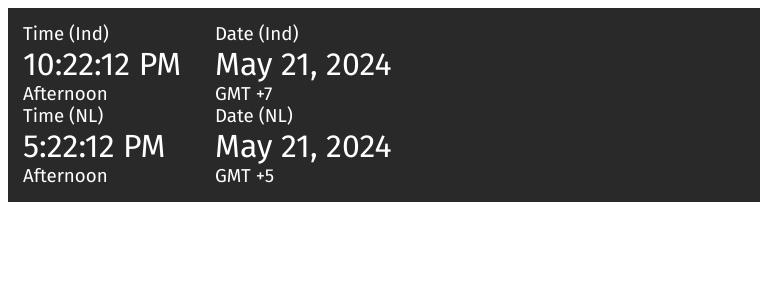
Repository: SnakeXrnt/notion-clock
Page: index.html
The author's editor kept a copy of each file at every save. The page is drawn from the files as they stood at one save, then again after the next save.
The browser window is 768 px wide. The pictures show the whole page.

Above is the page before, as saved 2024-05-21 15:43:16.

After the next save:
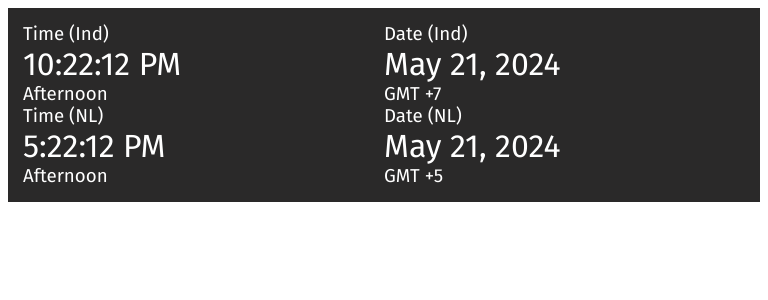
Saved 33 s later.
--- a/style.css
+++ b/style.css
@@ -41,4 +41,11 @@ body {
         display: flex;
         flex-direction: column  ;
     }
+
+    .time .left, .right {
+        width: 50vw;
+        height: max-content;
+        justify-content: space-evenly;
+
+    }
 }
